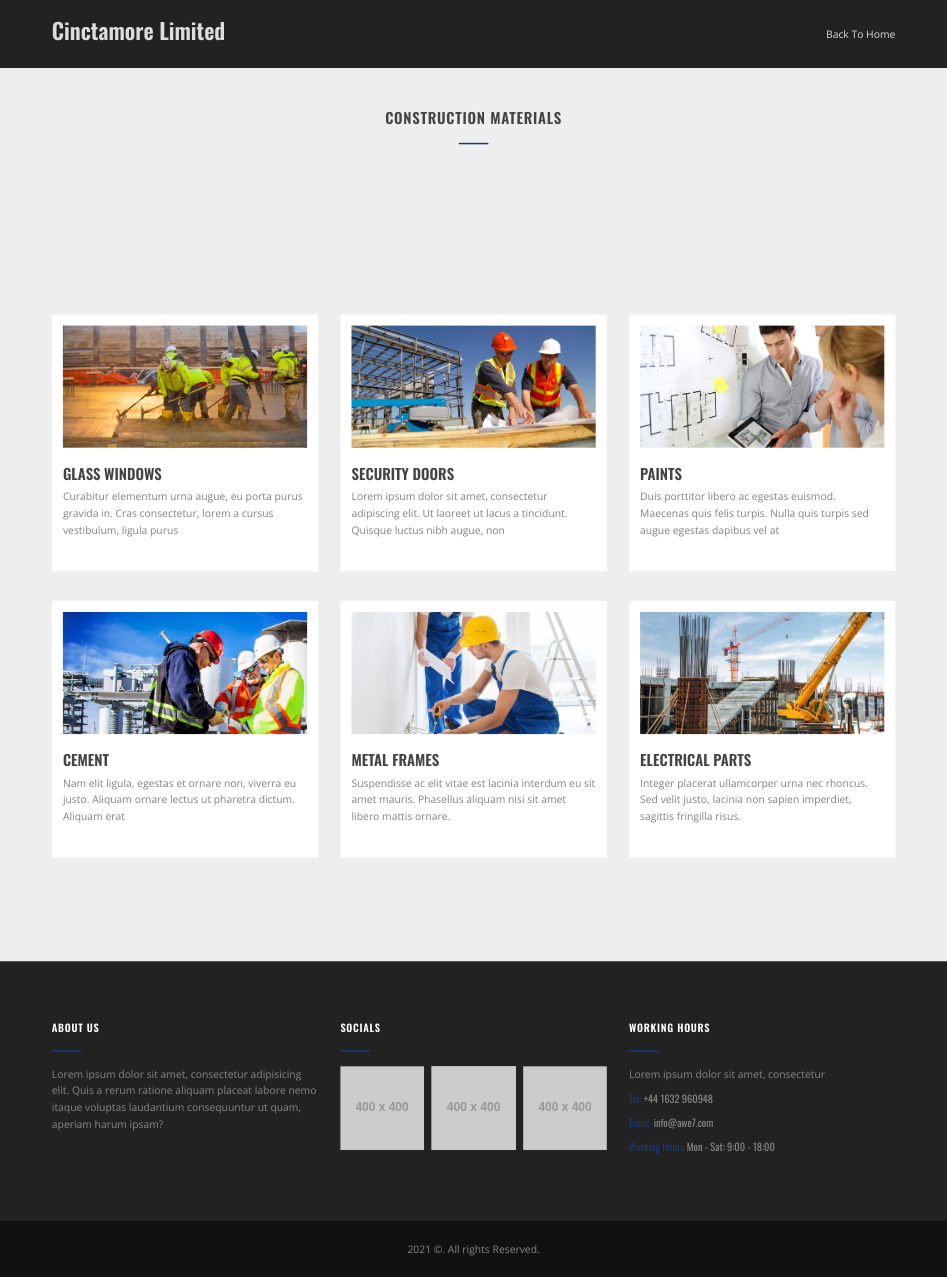
Repository: techieaccl/techieaccl.github.io
Page: architecture.html
These files come from the project's save history. The page is drawn as it stood at one moment and after the next save; the edit follows.
The browser window is 1280 px wide. The pictures show the whole page, at 74% of full size.
Some web fonts or font styles are not loaded; a fallback is used.

Above is the page before, as saved 2021-09-09 14:52:57.

After the next save:
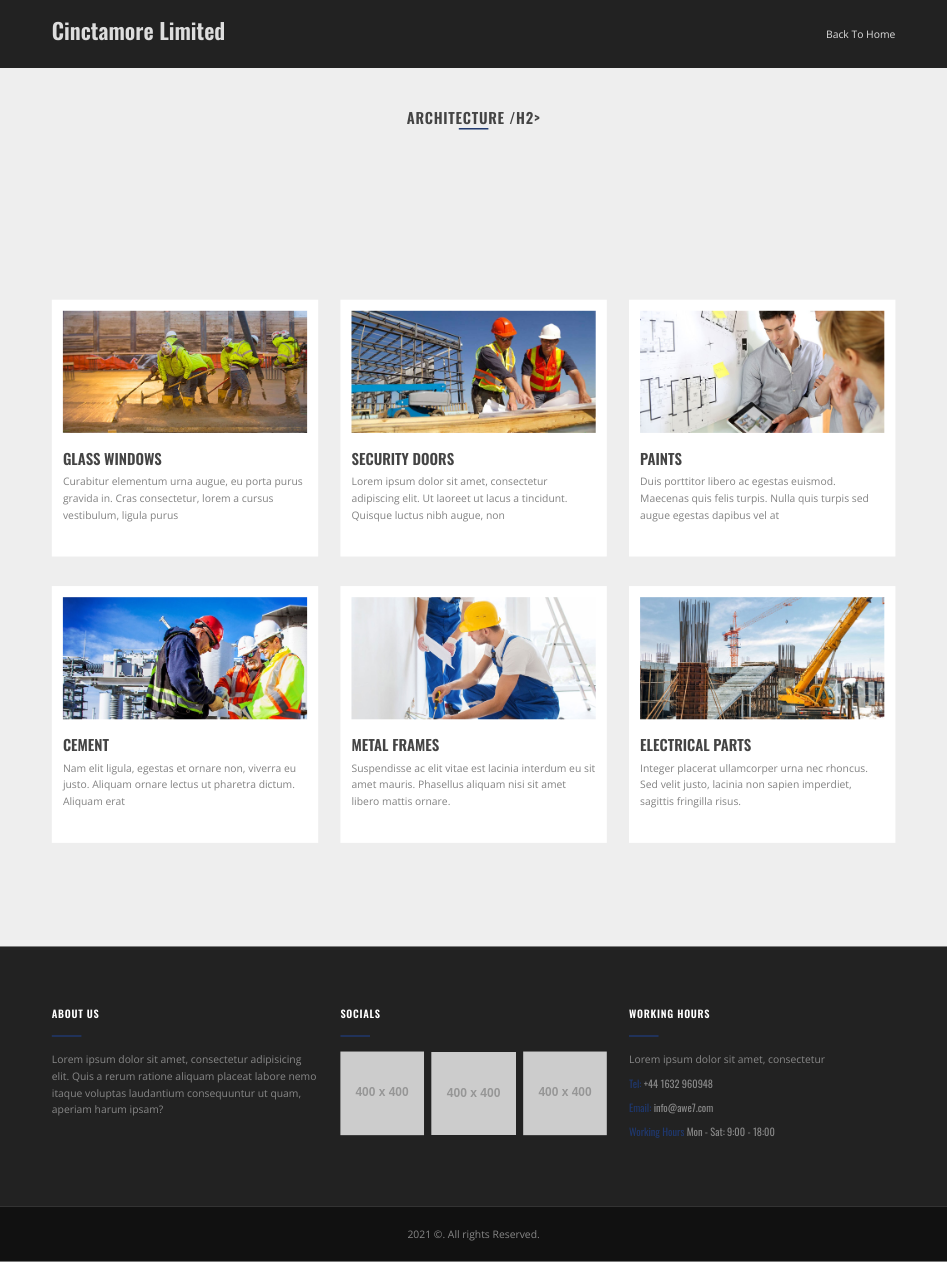
Saved 86 s later.
--- a/architecture.html
+++ b/architecture.html
@@ -57,7 +57,7 @@
 								<!-- sec-title -->
 								<div class="sec-title sec-title__lg-title md-text-center">
 									<br><br>
-									<h2 class="sec-title__title">Construction Materials</h2><span class="sec-title__divider"></span>
+									<h2 class="sec-title__title">Architecture	/h2><span class="sec-title__divider"></span>
 								</div><!-- End / sec-title -->
 
 							</div>

After the save that followed:
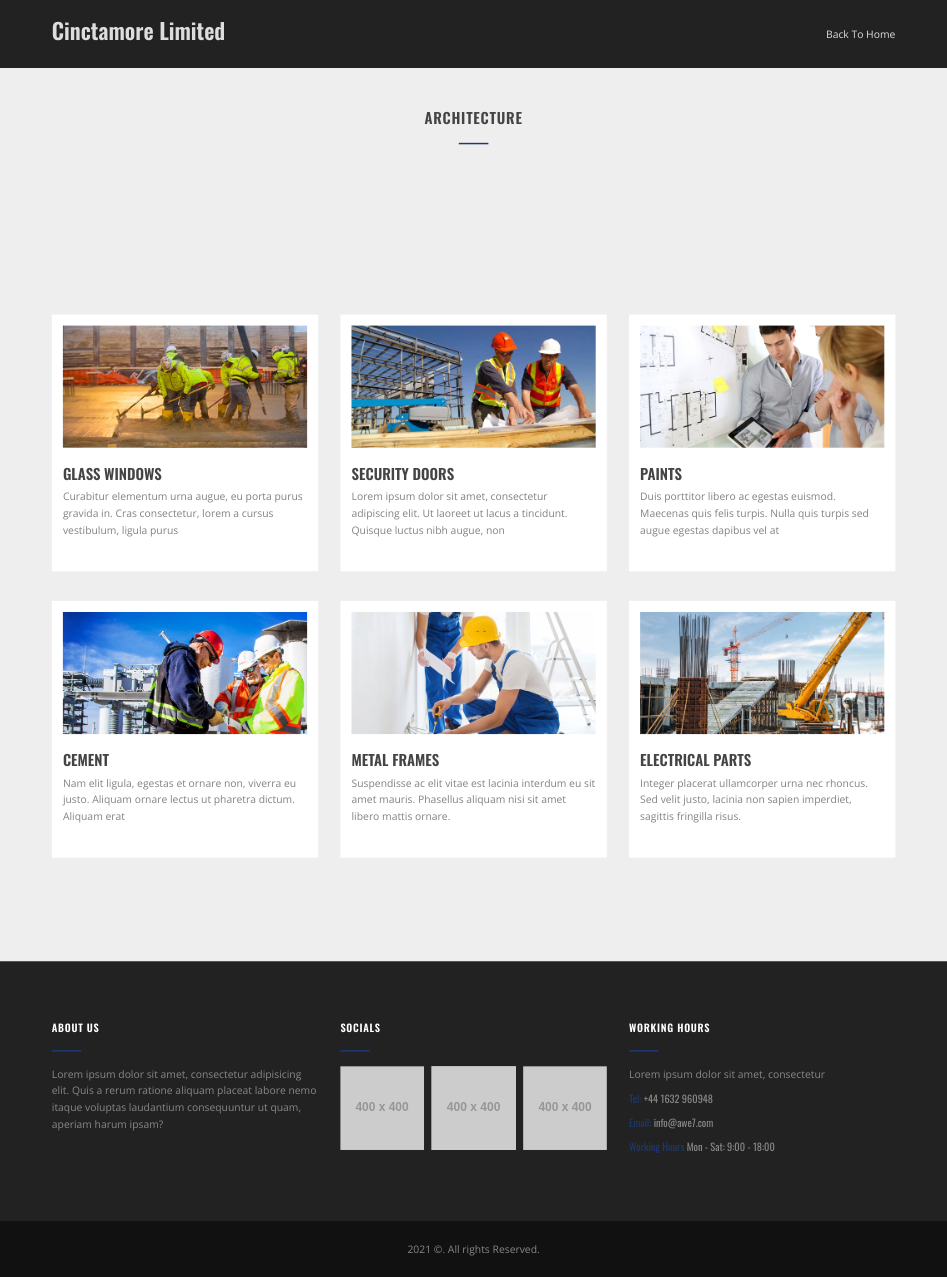
Saved 48 s later.
--- a/architecture.html
+++ b/architecture.html
@@ -57,7 +57,7 @@
 								<!-- sec-title -->
 								<div class="sec-title sec-title__lg-title md-text-center">
 									<br><br>
-									<h2 class="sec-title__title">Architecture	/h2><span class="sec-title__divider"></span>
+									<h2 class="sec-title__title">Architecture</h2><span class="sec-title__divider"></span>
 								</div><!-- End / sec-title -->
 
 							</div>
